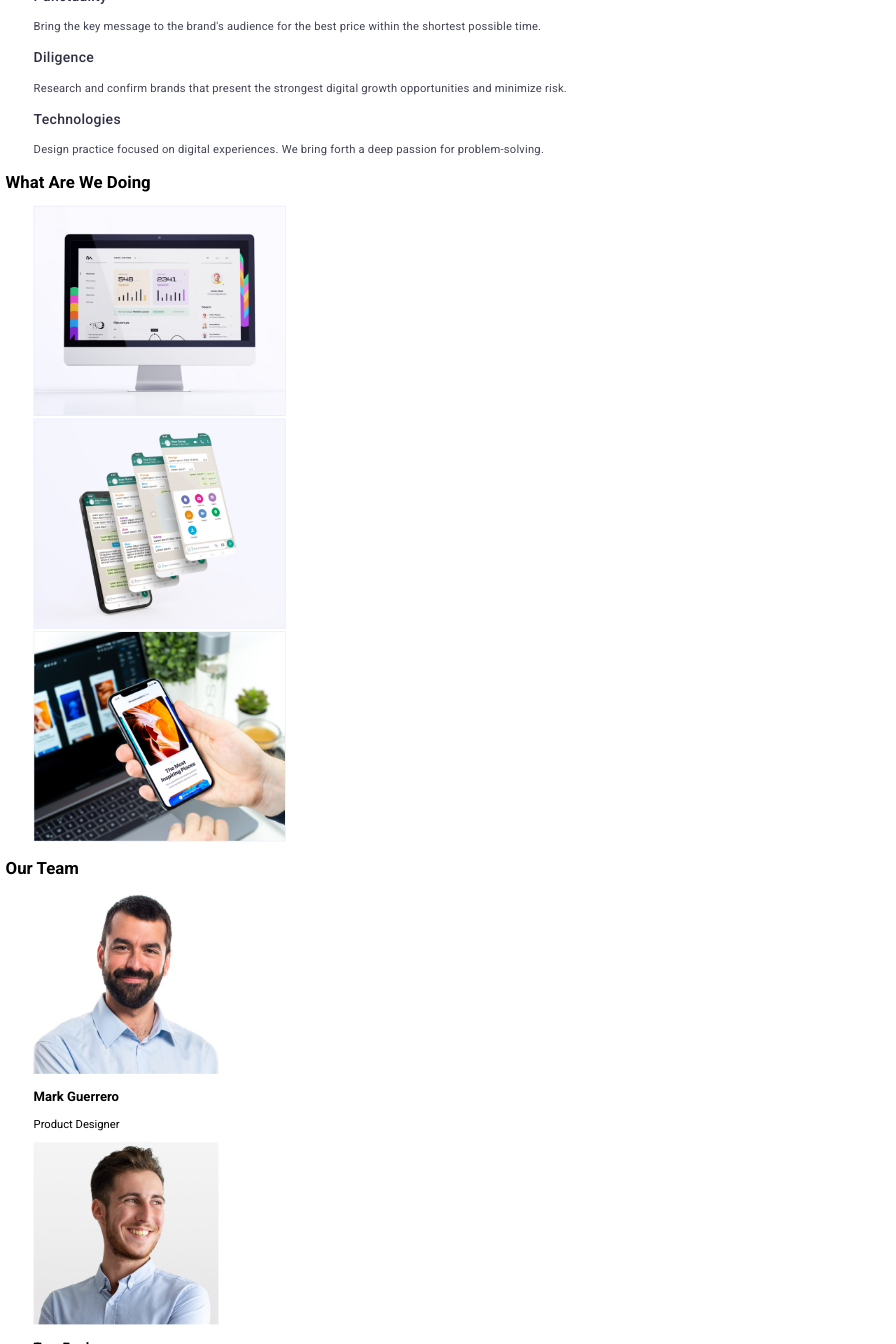
Repository: jandiman/goit-markup-hw-02
Page: index.html
An editor plug-in stored every save of this project. The page is shown before and after the next save, followed by the edit.
The browser window is 1280 px wide. The pictures show the part of the page from y = 550 to 2470 px (the page is 3367 px tall before and 3431 px after), at 70% of full size.

Above is the page before, as saved 2023-07-07 09:28:59.

### index.html
<!DOCTYPE html>
<html lang="en">
  <head>
    <meta charset="UTF-8" />
    <meta name="viewport" content="width=device-width, initial-scale=1.0" />
    <title>Homework 2</title>

    <link rel="preconnect" href="https://fonts.googleapis.com" />
    <link rel="preconnect" href="https://fonts.gstatic.com" crossorigin />
    <link
      href="https://fonts.googleapis.com/css2?family=Raleway:wght@800&family=Roboto:wght@400;500;700;900&display=swap"
      rel="stylesheet"
    />

    <link rel="stylesheet" href="./css/styles.css" />
  </head>

  <body>
    <!--Header-->
    <header class="header">
      <nav class="header-navigation">
        <!--Logo-->
        <a class="header-logo logo" href="./index.html"
          ><span class="weblogo">WEB</span>STUDIO</a
        >
        <!--links-->
        <ul class="header-list list">
          <li class="header-item">
            <a class="header-link link" href="./index.html">Studio</a>
          </li>
          <li class="header-list list">
            <a class="header-link link" href="./portfolio.html">Portfolio</a>
          </li>
          <li class="header-list list">
            <a class="header-link link" href="#">Contacts</a>
          </li>
        </ul>

        <!--contact info-->
        <ul class="contact-list list">
          <li class="contact-item">
            <a class="contact-link link" href="mailto:info@devstudio.com"
              >info@devstudio.com</a
            >
          </li>
          <li class="contact-item">
            <a class="contact-link link" href="tel:+110001111111"
              >+11 (000) 111-11-11</a
            >
          </li>
        </ul>
      </nav>
    </header>

    <main>
      <!--Hero Image-->
      <section class="hero">
        <h1 class="hero-title">Effective Solutions <br />for your Business</h1>
        <button class="hero-button button" type="button">Order Service</button>
      </section>

      <!--Section 1-->
      <section class="features">
        <ul class="features-list list">
          <li class="features-item">
            <h3 class="features-item-name">Strategy</h3>
            <p class="feature-item-text">
              Our goal is to identify business problem to walk away with the
              perfect and creative solution.
            </p>
          </li>
          <li class="features-item">
            <h3 class="features-item-name">Punctuality</h3>
            <p class="feature-item-text">
              Bring the key message to the brand's audience for the best price
              within the shortest possible time.
            </p>
          </li>
          <li class="features-item">
            <h3 class="features-item-name">Diligence</h3>
            <p class="feature-item-text">
              Research and confirm brands that present the strongest digital
              growth opportunities and minimize risk.
            </p>
          </li>
          <li class="features-item">
            <h3 class="features-item-name">Technologies</h3>
            <p class="feature-item-text">
              Design practice focused on digital experiences. We bring forth a
              deep passion for problem-solving.
            </p>
          </li>
        </ul>
      </section>

      <!--Section 2-->
      <section class="about">
        <h2 class="about-title section-title">What Are We Doing</h2>
        <ul class="about-list list">
          <li class="about-item">
            <img
              src="./images/section 2 images/img 1.jpg"
              alt="monitor"
              width="360"
            />
          </li>
          <li class="about-item">
            <img
              src="./images/section 2 images/img 2.jpg"
              alt="phone"
              width="360"
            />
          </li>
          <li class="about-item">
            <img
              src="./images/section 2 images/img 3.jpg"
              alt="phone and laptop"
              width="360"
            />
          </li>
        </ul>
      </section>

      <!--Section 3-->
      <section class="team">
        <h2 class="team-title section-title">Our Team</h2>
        <ul class="team-list list">
          <li class="team-item">
            <img
              src="./images/Section 3 images/member 1.jpg"
              alt="Mark Guerrero"
              width="264"
            />
            <h3 class="team-item-name">Mark Guerrero</h3>
            <p class="team-item-text">Product Designer</p>
          </li>
          <li class="team-item">
            <img
              src="./images/Section 3 images/member 2.jpg"
              alt="Tom Ford"
              width="264"
            />
            <h3 class="team-item-name">Tom Ford</h3>
            <p class="team-item-text">Frontend Developer</p>
          </li>
          <li class="team-item">
            <img
              src="./images/Section 3 images/member 3.jpg"
              alt="Camila Garcia"
              width="264"
            />
            <h3 class="team-item-name">Camila Garcia</h3>
            <p class="team-item-text">Marketing</p>
          </li>
          <li class="team-item">
            <img
              src="./images/Section 3 images/member 4.jpg"
              alt="Daniel Wilson"
              width="264"
            />
            <h3 class="team-item-name">Daniel Wilson</h3>
            <p class="team-item-text">UI Designer</p>
          </li>
        </ul>
      </section>
    </main>

    <!--Footer-->
    <footer class="footer">
      <a class="footer-logo footlogo" href="./index.html"
        ><span class="weblogo">WEB</span>STUDIO</a
      >
      <p class="footer-text">
        Increase the flow of customers and sales <br />for your business with
        digital <br />marketing & growth solutions.
      </p>
    </footer>
  </body>
</html>

### css/styles.css
:root {
  --navy-blue: #2e2f42;
  --slate: #434455;
  --white: #ffffff;
  --cloud: #f4f4fd;
  --iris: #4d5ae5;
  --ocean: #404bbf;
}

body {
  font-family: "Roboto", sans-serif;
}

.list {
  list-style: none;
}
.link {
  text-decoration: none;
}

.logo {
  text-decoration: none;
  color: var(--navyblue, #2e2f42);
  font-family: Raleway;
  font-size: 18px;
  font-style: normal;
  font-weight: 800;
  line-height: 21px;
  letter-spacing: 0.54px;
  text-transform: uppercase;
}

.footlogo {
  text-decoration: none;
  color: var(--cloud, #f4f4fd);
  font-family: Raleway;
  font-size: 18px;
  font-style: normal;
  font-weight: 800;
  line-height: 21px;
  letter-spacing: 0.54px;
  text-transform: uppercase;
}

.weblogo {
  color: var(--iris, #4d5ae5);
  font-family: Raleway;
  font-size: 18px;
  font-style: normal;
  font-weight: 800;
  line-height: 21px;
  letter-spacing: 0.54px;
  text-transform: uppercase;
}

.header {
  background-color: var(--white);
}

.header-link {
  color: var(--navyblue, #2e2f42);
  font-size: 16px;
  font-style: normal;
  font-weight: 500;
  line-height: 24px;
  letter-spacing: 0.32px;
}

.contact-link {
  color: var(--slate, #434455);
  font-size: 16px;
  font-style: normal;
  font-weight: 400;
  line-height: 24px;
  letter-spacing: 0.32px;
}

.hero {
  background: var(--navyblue, #2e2f42);
}
.hero-title {
  color: var(--white, #fff);
  text-align: center;
  font-size: 56px;
  font-style: normal;
  font-weight: 700;
  line-height: 60px;
  letter-spacing: 1.12px;
}

.hero-button {
  background: var(--iris, #4d5ae5);
  color: var(--white, #fff);
  font-size: 16px;
  font-style: normal;
  font-weight: 500;
  line-height: 24px;
  letter-spacing: 0.64px;
}

.features {
  background-color: var(--white);
}
.features-item-name {
  color: var(--navyblue, #2e2f42);
  font-size: 20px;
  font-style: normal;
  font-weight: 500;
  line-height: 24px;
  letter-spacing: 0.4px;
}

.feature-item-text {
  color: var(--slate, #434455);
  font-size: 16px;
  font-style: normal;
  font-weight: 400;
  line-height: 24px;
  letter-spacing: 0.32px;
}

.section-title

After the next save:
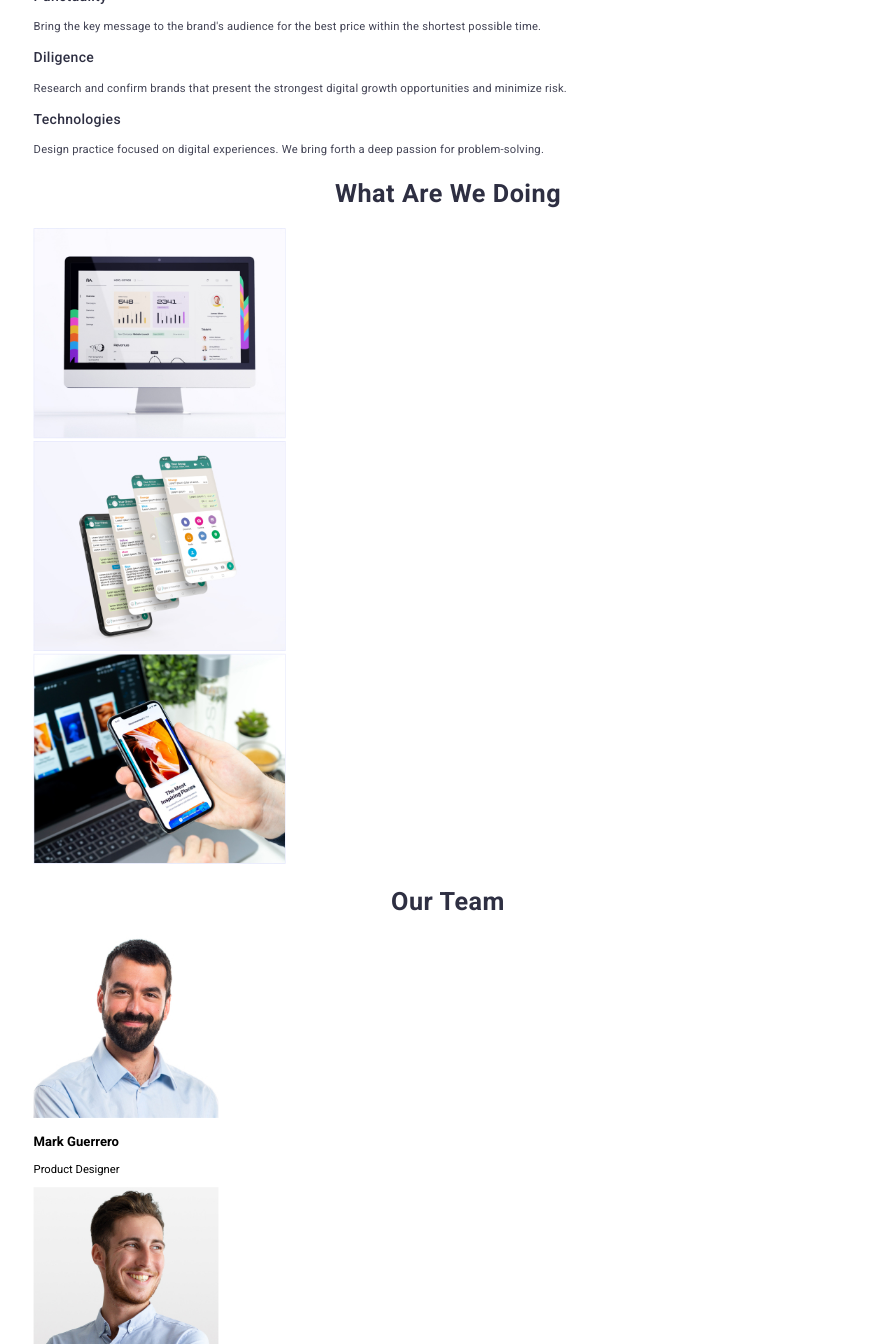
Saved 11 s later.
--- a/css/styles.css
+++ b/css/styles.css
@@ -119,4 +119,13 @@
   letter-spacing: 0.32px;
 }
 
-.section-title
+.section-title {
+  color: var(--navyblue, #2e2f42);
+  text-align: center;
+  font-size: 36px;
+  font-style: normal;
+  font-weight: 700;
+  line-height: 40px;
+  letter-spacing: 0.72px;
+  text-transform: capitalize;
+}
